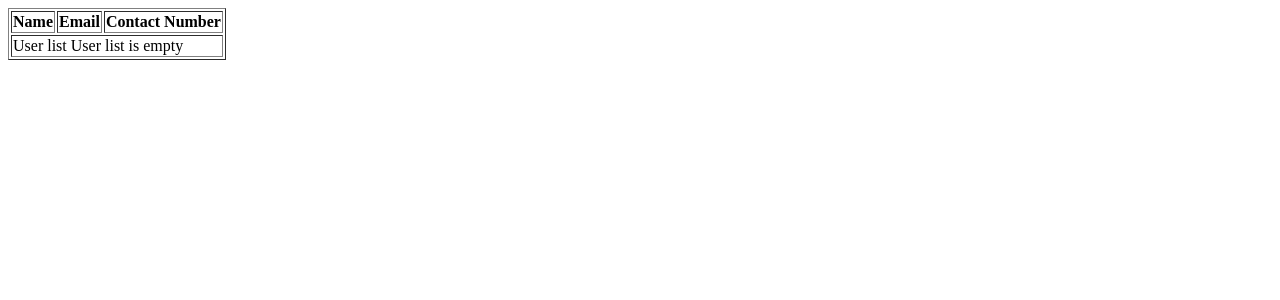
Repository: MarkFernandes11/Advanced-Java
Page: http://localhost/Login/UserData.jsp
The author's editor kept a copy of each file at every save. The page is drawn from the files as they stood at one save, then again after the next save.
The browser window is 1280 px wide. The pictures show the whole page.
The page is served by Tomcat 9.

Above is the page before, as saved 2019-09-26 12:15:57.

After the next save:
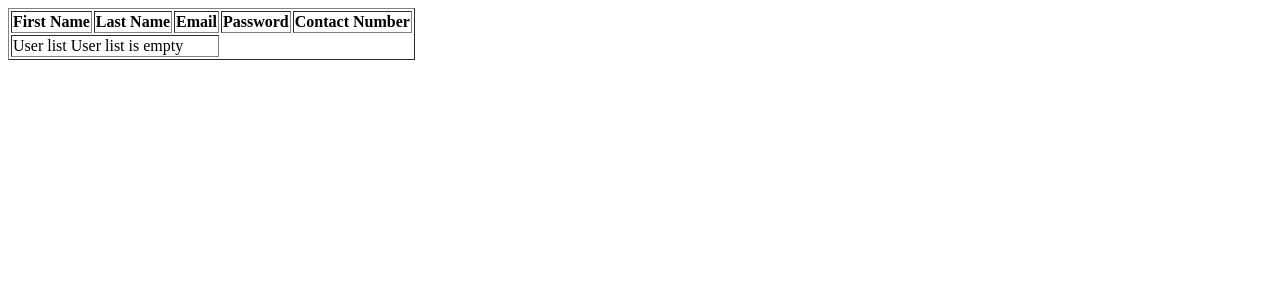
Saved 61 s later.
--- a/Login/WebContent/UserData.jsp
+++ b/Login/WebContent/UserData.jsp
@@ -13,8 +13,10 @@
 <body>
 	<table border="1px solid #000;">
 		<tr>
-			<th><b>Name</b></th>
+			<th><b>First Name</b></th>
+			<th><b>Last Name</b></th>
 			<th><b>Email</b></th>
+			<th><b>Password</b></th>
 			<th><b>Contact Number</b></th>
 		</tr>
 
